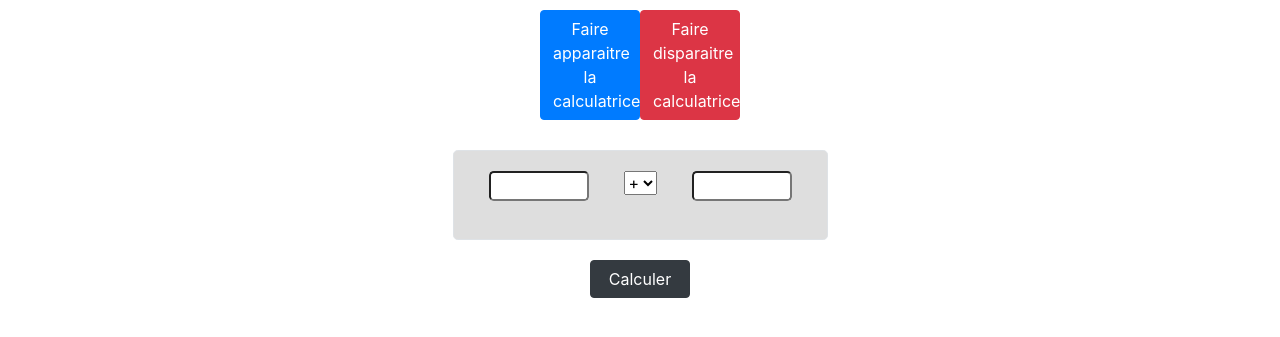
Repository: julieLyM/calculatrice
Page: calculatrice.html
These files come from the project's save history. The page is drawn as it stood at one moment and after the next save; the edit follows.
The browser window is 1280 px wide. The pictures show the whole page.

Above is the page before, as saved 2020-12-08 15:38:55.

After the next save:
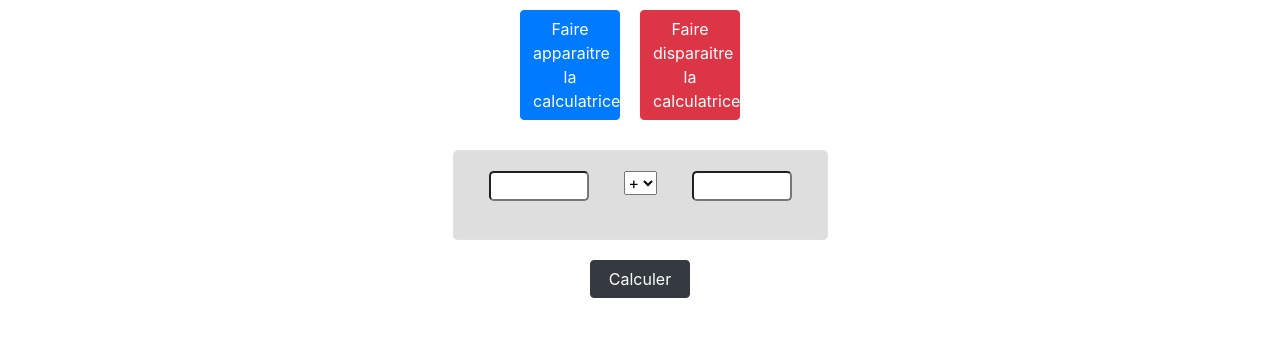
Saved 11 s later.
--- a/calculatrice.html
+++ b/calculatrice.html
@@ -13,7 +13,7 @@
           <button class="btn btn-primary" style="width: 100px;" id="appear">
             Faire apparaitre la calculatrice
           </button>
-          <button class="btn btn-danger" style="width: 100px; margin 0 20px" id="disapear">
+          <button class="btn btn-danger" style="width: 100px; margin: 0 20px" id="disapear">
             Faire disparaitre la calculatrice
           </button>
         </div>
